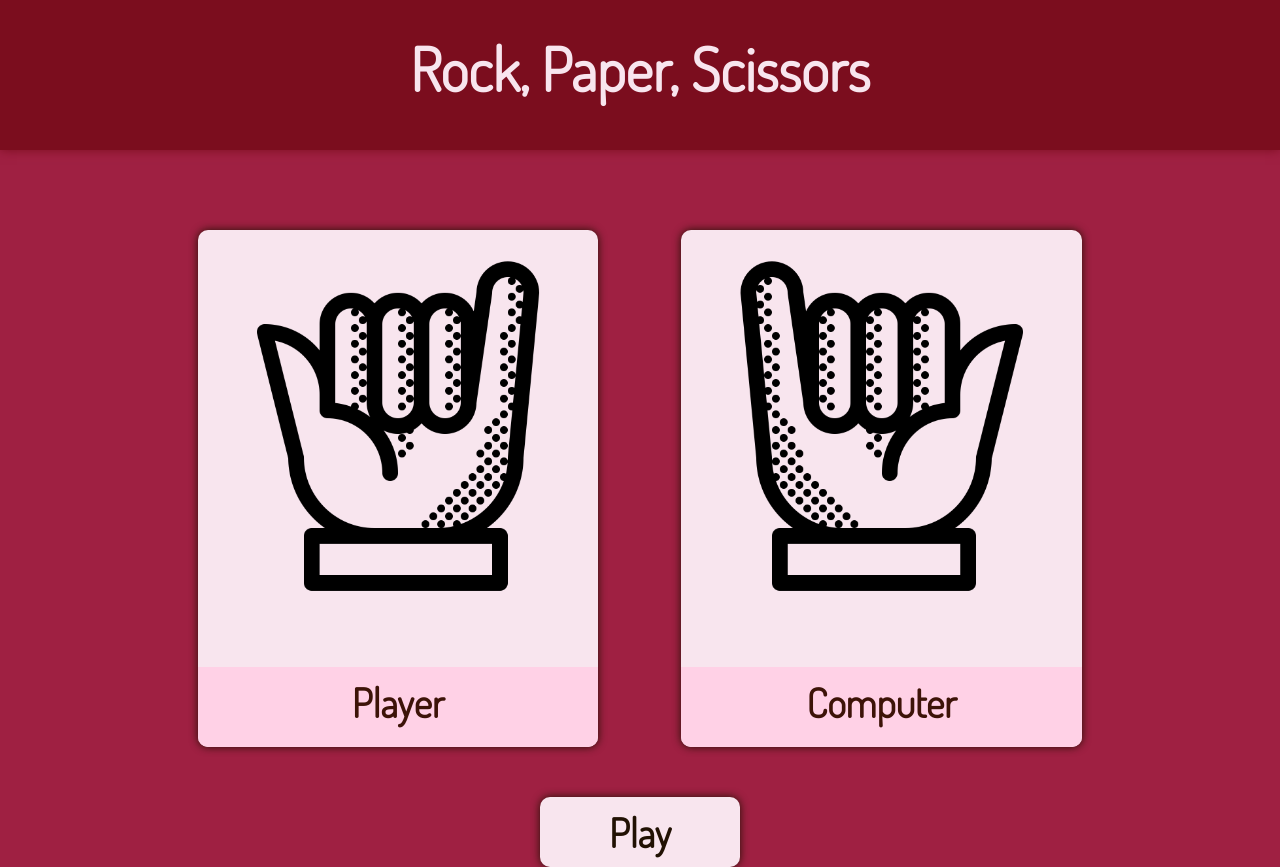
Repository: shayanabedi98/rock-paper-scissors
Page: index.html
The author's editor kept a copy of each file at every save. The page is drawn from the files as they stood at one save, then again after the next save.
The browser window is 1280 px wide. The pictures show the whole page.

Above is the page before, as saved 2023-07-13 20:02:44.

After the next save:
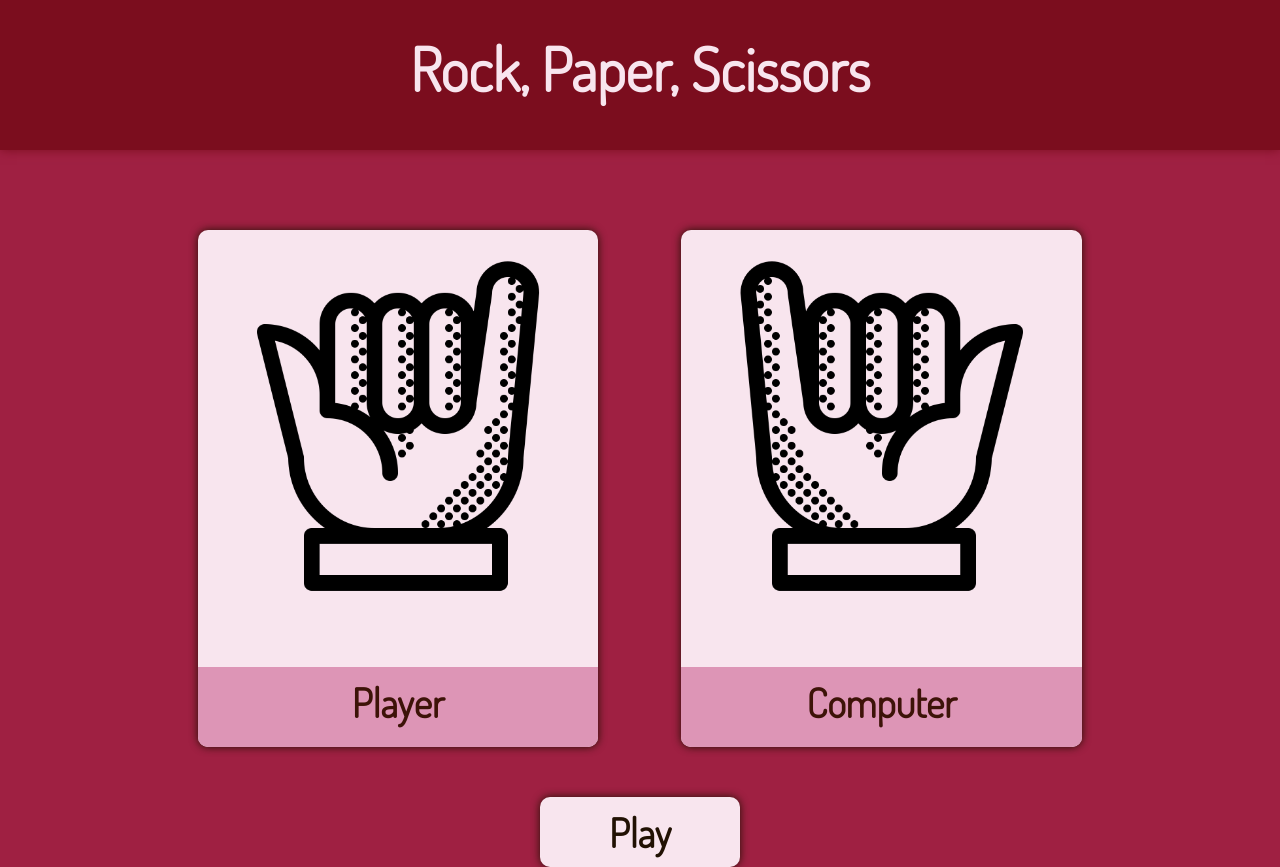
Saved 8 s later.
--- a/styles.css
+++ b/styles.css
@@ -41,7 +41,7 @@ h1 {
 .card h2 {
     font-size: 40px;
     color: #3D1308;
-    background-color: #ffd1e6;
+    background-color: #dd95b6;
     margin-bottom: 0;
     height: 70px;
     padding-top: 10px;
